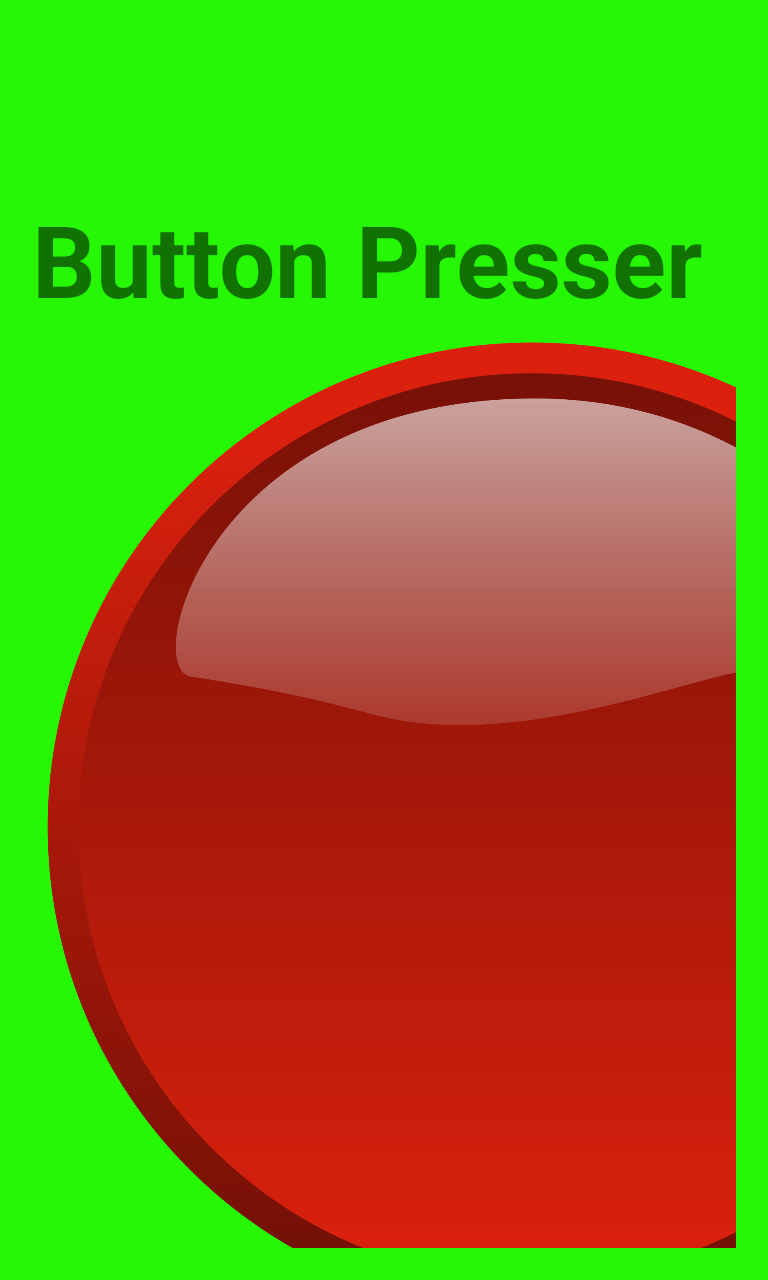
Repository: sameerisa/idtech-yale-android
Layout: ButtonPresser/res/layout/fragment_main.xml
An editor plug-in stored every save of this project. The layout is shown before and after the next save, followed by the edit.
It is drawn on a 768 x 1280 px phone screen (xhdpi) without system bars, with theme AppTheme; the app's code is not run.

Above is the layout before, as saved 2014-06-25 20:03:01.

### ButtonPresser/res/layout/fragment_main.xml
<LinearLayout xmlns:android="http://schemas.android.com/apk/res/android"
    android:id="@+id/background"
    xmlns:tools="http://schemas.android.com/tools"
    android:layout_width="match_parent"
    android:layout_height="match_parent"
    android:paddingBottom="@dimen/activity_vertical_margin"
    android:paddingLeft="@dimen/activity_horizontal_margin"
    android:paddingRight="@dimen/activity_horizontal_margin"
    android:paddingTop="@dimen/activity_vertical_margin"
    tools:context="com.example.buttonpresser.MainActivity$PlaceholderFragment"
    android:background="#25f704"
    android:orientation="vertical">

<TextView
    android:id="@+id/counter"
    android:layout_width="wrap_content"
    android:layout_height="wrap_content"
    android:text=""
    android:textSize="60sp"
    />
    <TextView
        android:id="@+id/text"
        android:layout_width="wrap_content"
        android:layout_height="wrap_content"
        android:text="Button Presser"
        android:textSize="50sp"
        android:textStyle="bold"
        />"
<ImageView
    android:layout_gravity="center_horizontel"
   android:id="@+id/button"
   android:layout_width="500dp"
   android:layout_height="500dp"
   android:src="@drawable/button" />

   </LinearLayout>

Loaded but not shown: ButtonPresser/res/values/styles.xml (common file); ButtonPresser/res/values-v11/styles.xml (common file); ButtonPresser/res/values-v14/styles.xml (common file); ButtonPresser/res/values/dimens.xml (common file); ButtonPresser/res/values-w820dp/dimens.xml (common file)

After the next save:
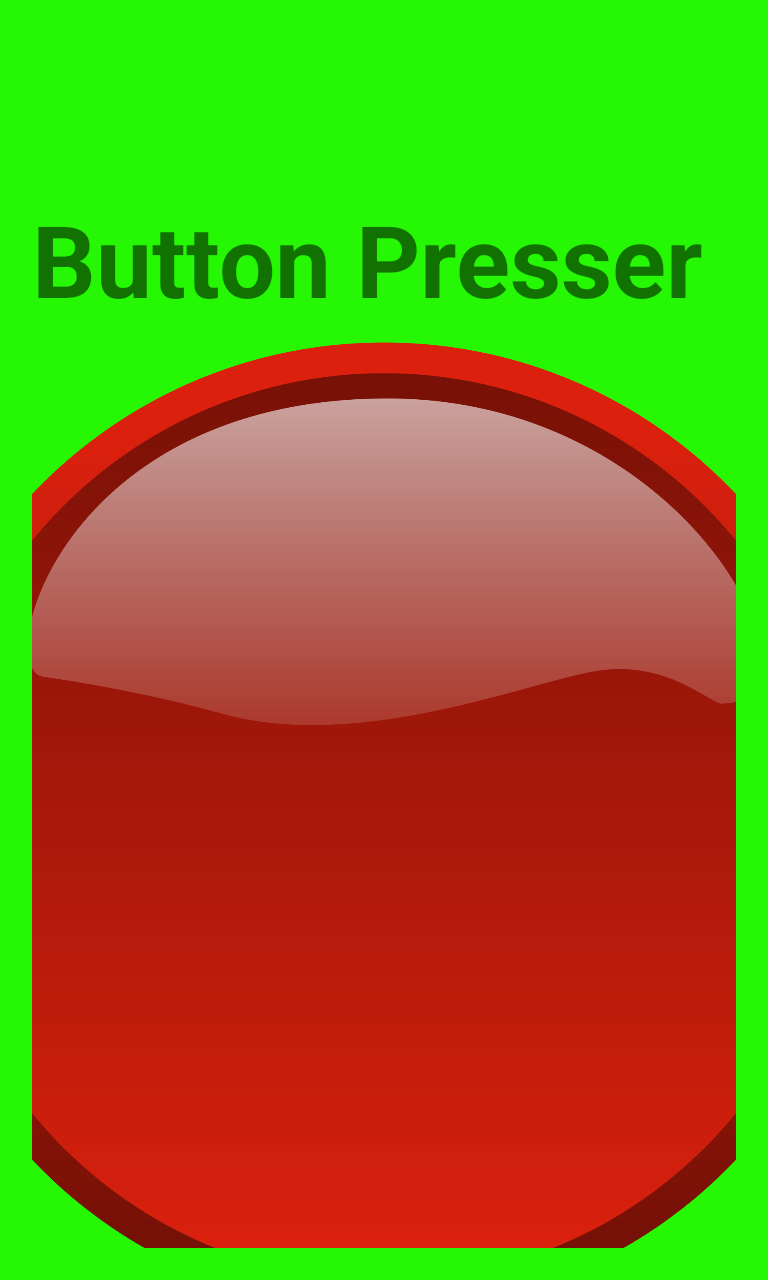
Saved 3 min 54 s later.
--- a/ButtonPresser/res/layout/fragment_main.xml
+++ b/ButtonPresser/res/layout/fragment_main.xml
@@ -27,7 +27,7 @@
         android:textStyle="bold"
         />"
 <ImageView
-    android:layout_gravity="center_horizontel"
+    android:layout_gravity="center"
    android:id="@+id/button"
    android:layout_width="500dp"
    android:layout_height="500dp"
